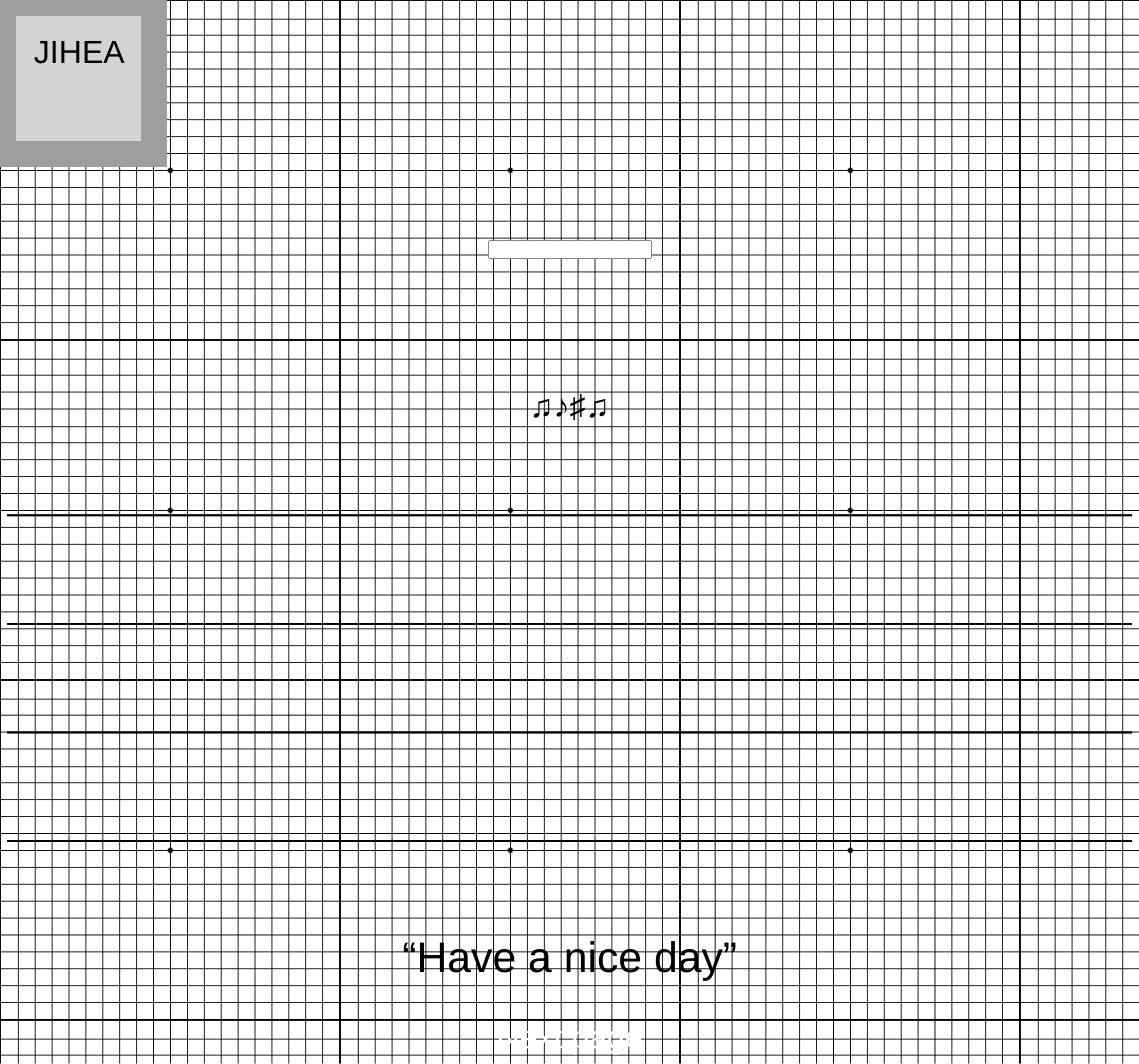
Repository: jangj879/jangj879.github.io
Page: 2_page.html
The author's editor kept a record of every edit. The page is drawn from the files as they stood at one moment, then again after the next edit.
The browser window is 1280 px wide. The pictures show the whole page, at 89% of full size.
Pictures or frames that could not be fetched are drawn as grey boxes.

Above is the page before.

### 2_page.html
<!DOCTYPE html>
<html>
<header>
    <link href="style2.css" rel="stylesheet">

<head>
<style>
div {
    width: 100px;
    height: 100px;
    background: black;
    position: relative;
    -webkit-animation: mymove 5s infinite; /* Chrome, Safari, Opera */
    animation: mymove 5s infinite;
}

/* Chrome, Safari, Opera */
@-webkit-keyframes mymove {
    from {left: 0px;}
    to {left: 200px;}
}

@keyframes mymove {
    from {left: 0px;}
    to {left: 200px;}
}
</style>

<style>
div {
    background-color: lightgrey;
    border: 30px solid transparent;
    border-image: url('border.png');
    border-image-slice: 40;
    border-image-outset: 20px;
}
</style>
</head>
<body>

<div>JIHEA</div>

</body>

    <br>
    </br>
    <input type=text></input>
    <br></br>


    <P>&#9835;&#9834;&#9839;&#9835;</P>

    <hr color="#000000"></hr>
    <br></br>
    <hr color="#000000"></hr>
    <br></br>
    <hr color="#000000"></hr>
    <br></br>
    <hr color="#000000"></hr>

    <br>
    </br>

    <font size="17">&#8220;Have a nice day&#8221;</font>

    <br></br>

    <a href="3_page">Next page</a>

	<head>
		<title>"Jihea's page"</title>
        </style>


    </html>

### style2.css
body {
    background-image: url("amsler-grid.gif");;
    color: black;
    font-size: 36px;
    font-family: Helvetica, Arial, sans-serif;
    text-align: center;
}


p {
    margin: 100px;
}

.paragraph2 {
    color: #5ef645;
}

.one {
    width: 200px;
    height: 200px;
    background-color: yellow;
    position: fixed;
    bottom: 20px;
    right: 100px;
    border-radius: 100px;
    border: solid red 10px
}

.one:hover {
    background-color: lime;
}

a:link {
    color: white;
    text-decoration: none;
}

a:hover {
    color: red;
}

After the next edit:
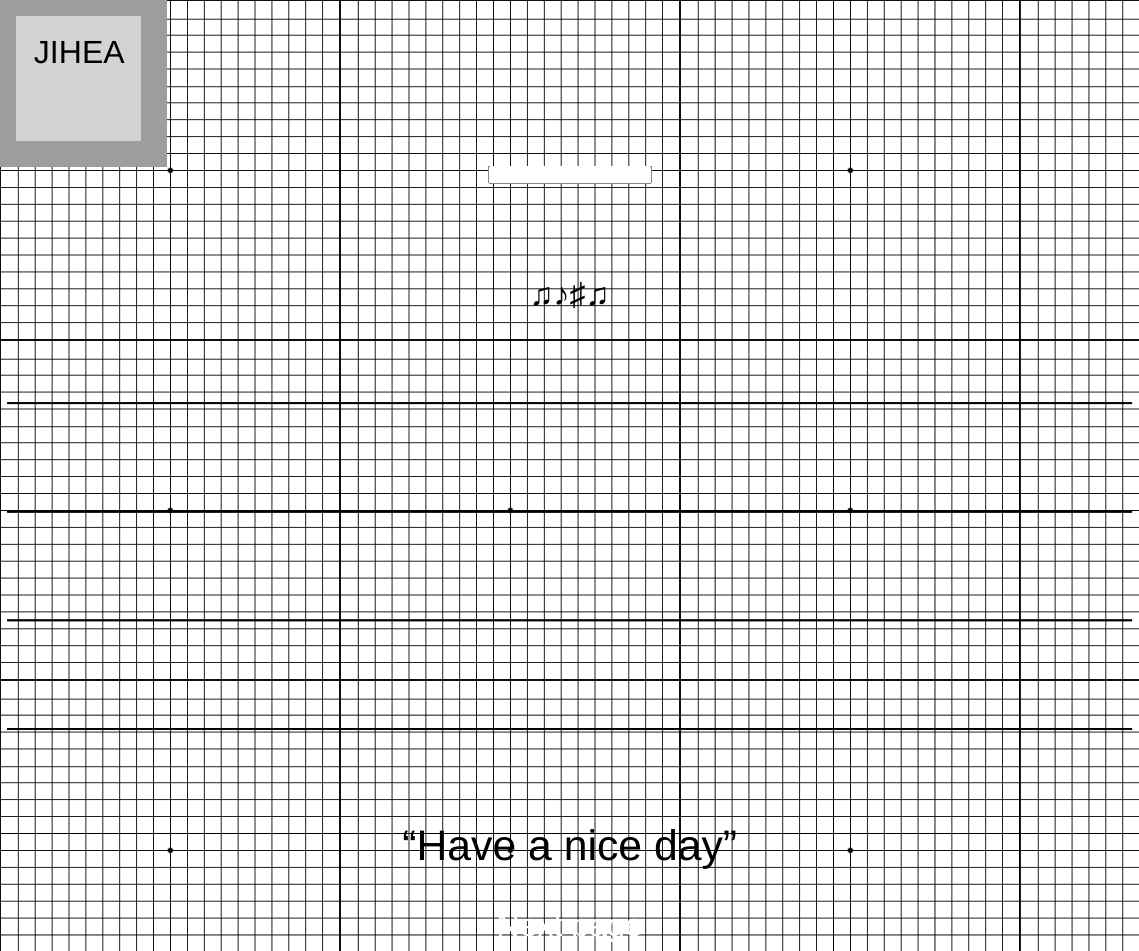
The edit:
--- a/2_page.html
+++ b/2_page.html
@@ -42,10 +42,9 @@
 
 </body>
 
-    <br>
-    </br>
+
     <input type=text></input>
-    <br></br>
+
 
 
     <P>&#9835;&#9834;&#9839;&#9835;</P>
